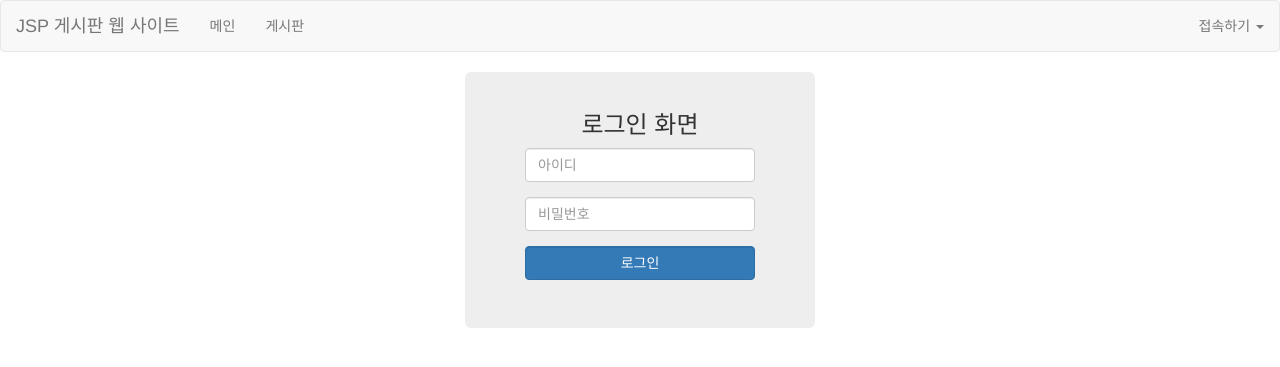
Repository: jmh0434/JSP_BBS
Page: http://localhost/BBS/main.jsp
The author's editor kept a copy of each file at every save. The page is drawn from the files as they stood at one save, then again after the next save.
The browser window is 1280 px wide. The pictures show the whole page.
Some web libraries are served in a nearby version. The page is served by Tomcat 9. Other server files are loaded and not shown.

Above is the page before, as saved 2021-03-11 13:54:38.

### projects/BBS/WebContent/main.jsp
<%@ page language="java" contentType="text/html; charset=UTF-8"
    pageEncoding="UTF-8"%>
<!DOCTYPE html>
<html>
<head>
<meta http-equiv="Content_Type" content ="text/html; charset="UTF-8">
<meta name = "viewport" content = "width=device-width", initial-scale = "1">
<!--  루트 폴더에 부트스트랩을 참조하는 링크 -->
<link rel = "stylesheet" href = "css/bootstrap.css">
<title>JSP 게시판 웹사이트</title>
</head>
<body>
	<!-- 네비게이션 영역 -->
	<nav class="navbar navbar-default">
		<!-- 헤더 영역(홈페이지 로고 등을 담당) -->
		<div class = "navbar-header">
			<button type = "button" class = "navbar-toggle collapsed"
				data-toggle = "copplapse" data-target = "#bs-example-navbar-collapse-1"
				aria-expanded = "false">
				<!-- 이 삼줄 버튼은 화면이 좁아지면 우측에 나타남 -->
				<span class = "icon-bar"></span>
				<span class = "icon-bar"></span>
				<span class = "icon-bar"></span>
			</button>
			<!--  상단 바에 제목이 나타나고 클릭하면 main 페이지로 이동 -->
			<a class = "navbar-brand" href = "main.jsp">JSP 게시판 웹 사이트</a>
		</div>
		<!-- 게시판 제목 이름 옆에 나타나는 이름 영역 -->
		<div class = "collapse navbar-collapse" id = "bs-example-navbar-collapse-1">
			<ul class = "nav navbar-nav">
				<li><a href="main.jsp">메인</a></li>
				<li><a href="bbs.jsp">게시판</a></li>
			</ul>
			<!-- 헤더 우측에 나타나는 드랍다운 영역 -->
			<ul class="nav navbar-nav navbar-right">
				<li class="dropdown">
					<a href = "#" class = "dropdown-toggle"
						data-toggle="dropdown" role="button" aria-haspopup="true"
						aria-expanded="false">접속하기 <span class="caret"></span></a>
					<!-- 드랍다운 아이템 영역 -->
					<ul class="dropdown-menu">
						<li class="active"><a href = "login.jsp">로그인</a></li>
						<li><a href="join.jsp">회원가입</a>
					</ul>
				</li>
			</ul>
		</div>
	</nav>
	<!-- 로그인 양식 -->
	<div class = "container"> <!-- 하나의 영역 생성 -->
		<div class="col-lg-4"></div> <!-- 영역의 크기 -->
		<div class="col-lg-4">
			<!-- 점보트론은 특정컨텐츠, 정보를 두드러지게 하기 위한 큰 박스 -->
			<div class="jumbotron" style="padding-top: 20px;">
				<form method="post" action="loginAction.jsp">
					<h3 style="text-align: center;">로그인 화면</h3>
					<div class="form-group">
						<input type="text" class="form-control" placeholder="아이디" name="userID" maxlength="20">
					</div>
					<div class="form-group">
						<input type="password" class="form-control" placeholder="비밀번호" name="userPassword" maxlength="20">
					</div>
					<input type="submit" class="btn btn-primary form-control" value="로그인">
					</form>
				</div>
			</div>
		</div>
		<div class="col-lg-4"></div>
	<script src="https://ajax.googleapis.com/ajax/libs/jquery/3.2.1/jquery.min.js"></script>
	<script src = "js/bootstrap.js"></script>
</body>
</html>

Loaded but not shown: projects/BBS/WebContent/css/bootstrap.css (library); projects/BBS/WebContent/js/bootstrap.js (library)

After the next save:
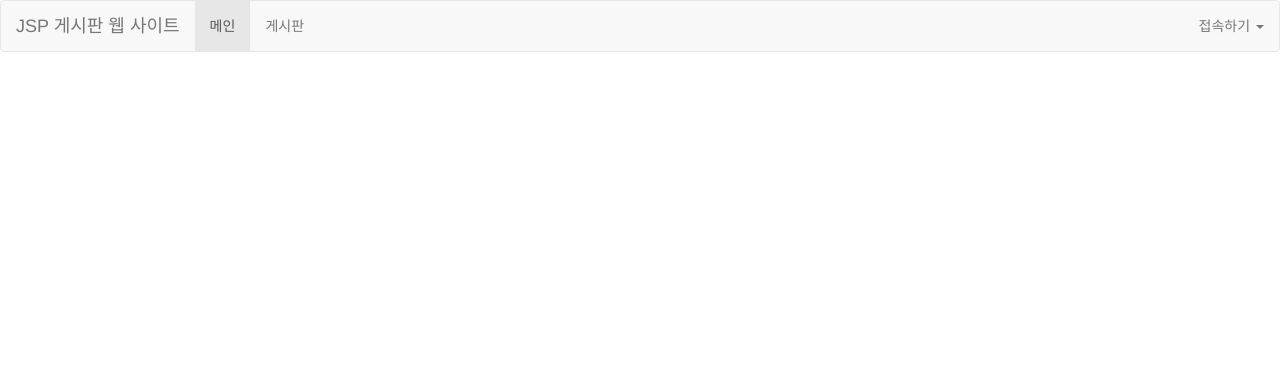
Saved 8 min 26 s later.
--- a/projects/BBS/WebContent/main.jsp
+++ b/projects/BBS/WebContent/main.jsp
@@ -10,6 +10,13 @@
 <title>JSP 게시판 웹사이트</title>
 </head>
 <body>
+	<%
+		//메인 페이지로 이동했을 때 세션에 값이 담겨있는지 체크
+		String userID = null;
+			if(session.getAttribute("userID") != null){
+				userID = (String)session.getAttribute("userID");
+			}
+	%>
 	<!-- 네비게이션 영역 -->
 	<nav class="navbar navbar-default">
 		<!-- 헤더 영역(홈페이지 로고 등을 담당) -->
@@ -28,9 +35,13 @@
 		<!-- 게시판 제목 이름 옆에 나타나는 이름 영역 -->
 		<div class = "collapse navbar-collapse" id = "bs-example-navbar-collapse-1">
 			<ul class = "nav navbar-nav">
-				<li><a href="main.jsp">메인</a></li>
+				<li class="active"><a href="main.jsp">메인</a></li>
 				<li><a href="bbs.jsp">게시판</a></li>
 			</ul>
+			<%
+				//로그인 하지 않았을 때 보여지는 화면
+				if(userID==null){
+			%>
 			<!-- 헤더 우측에 나타나는 드랍다운 영역 -->
 			<ul class="nav navbar-nav navbar-right">
 				<li class="dropdown">
@@ -39,33 +50,32 @@
 						aria-expanded="false">접속하기 <span class="caret"></span></a>
 					<!-- 드랍다운 아이템 영역 -->
 					<ul class="dropdown-menu">
-						<li class="active"><a href = "login.jsp">로그인</a></li>
+						<li><a href = "login.jsp">로그인</a></li>
 						<li><a href="join.jsp">회원가입</a>
 					</ul>
 				</li>
 			</ul>
+			<%
+				//로그인이 되어 있는 상태에서 보여주는 화면
+				}else{
+			%>
+			<!-- 헤더 우측에 나타나는 드랍다운 영역 -->
+			<ul class="nav navbar-nav navbar-right">
+				<li class="dropdown">
+					<a href="#" class="dropdown-toggle"
+						data-toggle="dropdown" role="button" aria-haspopup="true"
+						aria-expanded="false">회원관리<span class="caret"></span></a>
+					<!-- 드랍다운 아이템 영역 -->
+					<ul class="dropdown-menu">
+						<li><a href="logoutAction.jsp">로그아웃</a></li>
+					</ul>
+				</li>
+			</ul>
+			<%
+				}
+			%>
 		</div>
 	</nav>
-	<!-- 로그인 양식 -->
-	<div class = "container"> <!-- 하나의 영역 생성 -->
-		<div class="col-lg-4"></div> <!-- 영역의 크기 -->
-		<div class="col-lg-4">
-			<!-- 점보트론은 특정컨텐츠, 정보를 두드러지게 하기 위한 큰 박스 -->
-			<div class="jumbotron" style="padding-top: 20px;">
-				<form method="post" action="loginAction.jsp">
-					<h3 style="text-align: center;">로그인 화면</h3>
-					<div class="form-group">
-						<input type="text" class="form-control" placeholder="아이디" name="userID" maxlength="20">
-					</div>
-					<div class="form-group">
-						<input type="password" class="form-control" placeholder="비밀번호" name="userPassword" maxlength="20">
-					</div>
-					<input type="submit" class="btn btn-primary form-control" value="로그인">
-					</form>
-				</div>
-			</div>
-		</div>
-		<div class="col-lg-4"></div>
 	<script src="https://ajax.googleapis.com/ajax/libs/jquery/3.2.1/jquery.min.js"></script>
 	<script src = "js/bootstrap.js"></script>
 </body>
